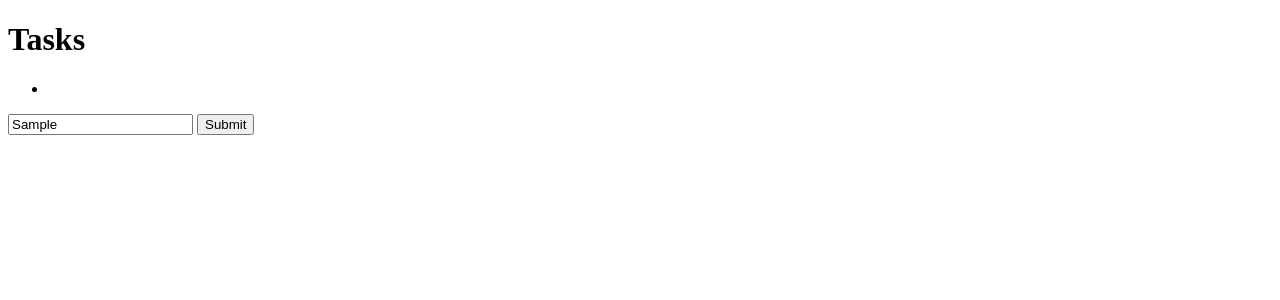
Repository: sofia123776/WEBPROGRAMMING
Page: task.html
An editor plug-in stored every save of this project. The page is shown before and after the next save, followed by the edit.
The browser window is 1280 px wide. The pictures show the whole page.
Empty fields were first filled with sample values (such as "Sample", 5 or name@example.com).
After loading, the first visible `form` was submitted once.

Above is the page before, as saved 2025-11-09 23:54:18.

### task.html
<!DOCTYPE html>
<html lang="en">
<head>
    <meta charset="UTF-8">
    <meta name="viewport" content="width=device-width, initial-scale=1.0">
    <title>Tasks</title>
    <script>
        document.addEventListener('DOMContentLoaded', function() {
            document.querySelector('form').onsubmit = function() {
                const task  = document.querySelector('#task').value;

                const li = document.createElement('li');
                li.innerHtml = task;

                document.querySelector('#tasks').append(li);

                return false;


            }
        });


    </script>
</head>
<body>
    <h1>Tasks</h1>
    <ul id="tasks" ></ul>


    <form >
        <input id="task" placeholder="New Task" type="text">
        <input type="submit">
    </form>
</body>
</html>

After the next save:
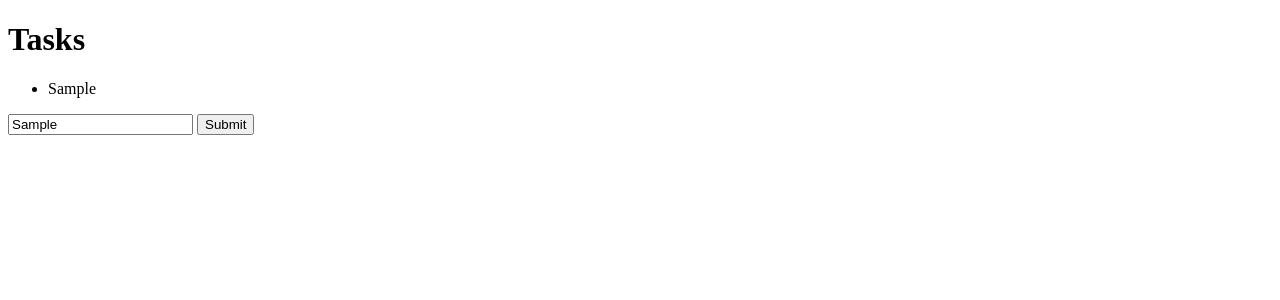
Saved 4 min 20 s later.
--- a/task.html
+++ b/task.html
@@ -10,7 +10,7 @@
                 const task  = document.querySelector('#task').value;
 
                 const li = document.createElement('li');
-                li.innerHtml = task;
+                li.innerHTML = task;
 
                 document.querySelector('#tasks').append(li);
 
@@ -25,7 +25,7 @@
 </head>
 <body>
     <h1>Tasks</h1>
-    <ul id="tasks" ></ul>
+    <ul id="tasks"></ul>
 
 
     <form >
